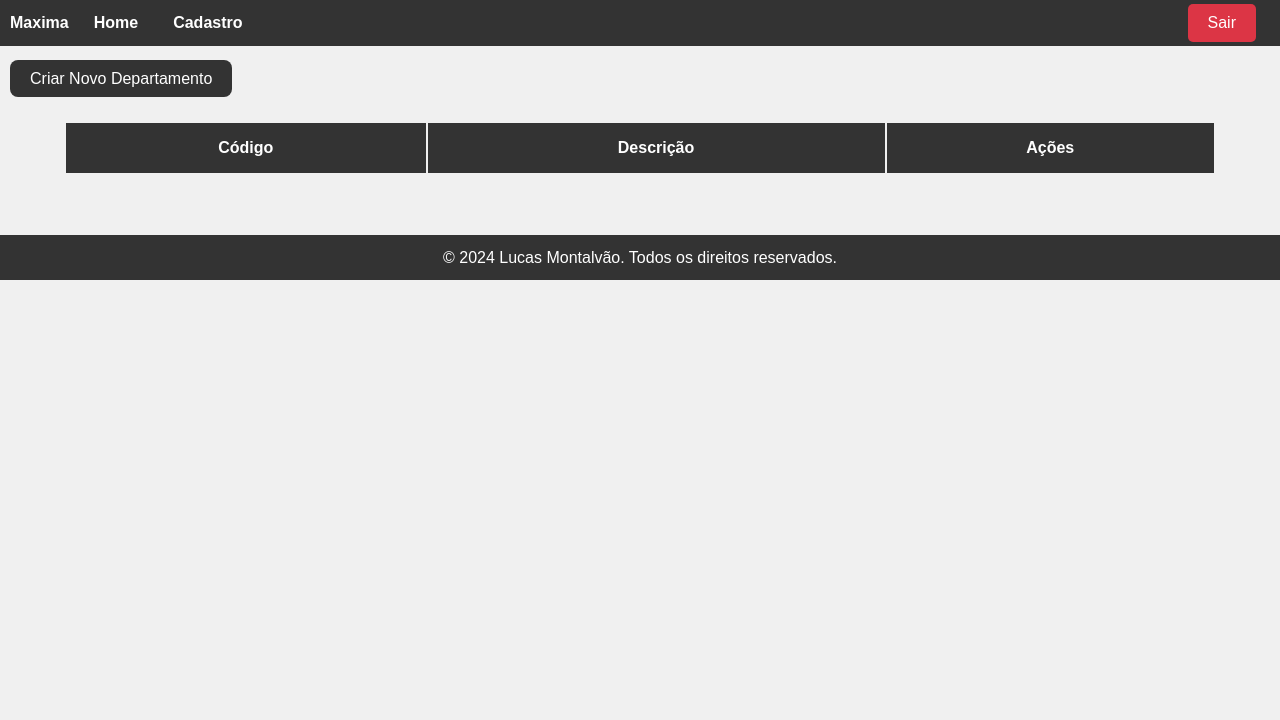
Repository: LucasMontalvao1/ProjetoMaxima
Page: /departamento (app in AngularMaxima/)
The author's editor kept a copy of each file at every save. The page is drawn from the files as they stood at one save, then again after the next save.
The browser window is 1280 px wide. The pictures show the whole page.
The page's requests for data from a server got no answer. The project was rebuilt for these pictures with package versions that can differ from the ones it lists, and the page was loaded fresh each time. No one was signed in, and anything a server would have sent is missing. Also part of the build but not shown: AngularMaxima/angular.json, AngularMaxima/src/app/pages/login/login.component.ts, AngularMaxima/src/app/pages/home/home.component.ts, AngularMaxima/src/app/pages/produto/produto.component.ts, AngularMaxima/src/app/services/produto.service.ts, AngularMaxima/src/app/pages/produto/produto-criar/produto-criar.component.ts.

Above is the page before, as saved 2024-07-14 22:17:46.

### AngularMaxima/src/index.html
<!doctype html>
<html lang="en">
<head>
  <meta charset="utf-8">
  <title>AngularMaxima</title>
  <base href="/">
  <meta name="viewport" content="width=device-width, initial-scale=1">
  <link rel="icon" type="image/x-icon" href="favicon.ico">
</head>
<body>
  <app-root></app-root>
</body>
</html>

### AngularMaxima/src/styles.css
* {
  margin: 0;
  padding: 0;
  box-sizing: border-box;
}

body {
  font-family: Arial, sans-serif;
  background-color: #f0f0f0;
  font-size: 16px;
  line-height: 1.6;
}

.container {
  display: flex;
  flex-direction: column;
  justify-content: space-between;
  min-height: 100vh;
}

### AngularMaxima/src/app/app.module.ts
import { NgModule } from '@angular/core';
import { BrowserModule } from '@angular/platform-browser';

import { AppRoutingModule } from './app-routing.module';
import { AppComponent } from './app.component';
import { LoginComponent } from './pages/login/login.component';
import { ReactiveFormsModule } from '@angular/forms';
import { HttpClientModule } from '@angular/common/http';
import { AuthService } from './services/auth.service';
import { HomeComponent } from './pages/home/home.component';
import { MenuComponent } from './layout/menu/menu.component';
import { FooterComponent } from './layout/footer/footer.component';
import { ProdutosComponent } from './pages/produto/produto.component';
import { DepartamentoComponent } from './pages/departamento/departamento.component';
import { ProdutosCriarComponent } from '../../src/app/pages/produto/produto-criar/produto-criar.component';

@NgModule({
  declarations: [
    AppComponent,
    LoginComponent,
    HomeComponent,
    MenuComponent,
    FooterComponent,
    ProdutosComponent,
    DepartamentoComponent,
    ProdutosCriarComponent,

  ],
  imports: [
    BrowserModule,
    AppRoutingModule,
    ReactiveFormsModule,
    HttpClientModule
  ],
  providers: [AuthService],
  bootstrap: [AppComponent]
})
export class AppModule { }

### AngularMaxima/src/app/app-routing.module.ts
import { NgModule } from '@angular/core';
import { RouterModule, Routes } from '@angular/router';
import { LoginComponent } from './pages/login/login.component';
import { HomeComponent } from './pages/home/home.component';
import { ProdutosComponent } from './pages/produto/produto.component';
import { DepartamentoComponent } from './pages/departamento/departamento.component';
import { ProdutosCriarComponent } from './pages/produto/produto-criar/produto-criar.component';

const routes: Routes = [
  { path: '', redirectTo: '/login', pathMatch: 'full'},
  { path: 'login', component: LoginComponent},
  { path: 'home', component: HomeComponent},
  { path: 'produto', component: ProdutosComponent},
  { path: 'produto/criar', component: ProdutosCriarComponent},
  { path: 'departamento', component: DepartamentoComponent},
];

@NgModule({
  imports: [RouterModule.forRoot(routes)],
  exports: [RouterModule]
})
export class AppRoutingModule { }

### AngularMaxima/src/app/app.component.ts
import { Component } from '@angular/core';

@Component({
  selector: 'app-root',
  templateUrl: './app.component.html',
  styleUrls: ['./app.component.css']
})
export class AppComponent {
  title = 'AngularMaxima';
}

### AngularMaxima/src/app/services/auth.service.ts
import { Injectable } from '@angular/core';
import { HttpClient } from '@angular/common/http';
import { Observable } from 'rxjs';
import { environment } from '../../../src/environments/environment';
import { Router } from '@angular/router';

@Injectable({
  providedIn: 'root'
})
export class AuthService {

  private apiUrl = environment.apiUrl;

  constructor(private http: HttpClient, private router: Router) { }

  login(username: string, password: string): Observable<any> {
    const body = { username, password };
    return this.http.post<any>(`${this.apiUrl}/login`, body, { responseType: 'text' as 'json' });
  }

    logout() {
    this.router.navigate(['/login']);
    }
}

### AngularMaxima/src/app/layout/menu/menu.component.ts
import { Component } from '@angular/core';
import { AuthService } from '../../services/auth.service';

@Component({
  selector: 'app-menu',
  templateUrl: './menu.component.html',
  styleUrls: ['./menu.component.css']
})
export class MenuComponent {

  constructor(private authService: AuthService) {}

  logout() {
    this.authService.logout();
  }
}

### AngularMaxima/src/app/pages/departamento/departamento.component.ts
import { Component, OnInit } from '@angular/core';
import { HttpClient } from '@angular/common/http';
import { Departamento } from '../../models/departamento.model';
import { DepartamentoService } from '../../services/departamento.service';

@Component({
  selector: 'app-departamento',
  templateUrl: './departamento.component.html',
  styleUrls: ['./departamento.component.css']
})
export class DepartamentoComponent implements OnInit {
  departamentos: Departamento[] = [];

  constructor(private departamentoService: DepartamentoService) { }

  ngOnInit(): void {
    this.carregarDepartamentos();
  }

  carregarDepartamentos(): void {
    this.departamentoService.getAllDepartamentos().subscribe(
      (data: Departamento[]) => {
        this.departamentos = data;
      },
      (error) => {
        console.error('Erro ao carregar departamentos:', error);
      }
    );
  }

  detalhesDepartamento(codigo: string): void {
    this.departamentoService.getDepartamentoByCodigo(codigo).subscribe(
      (departamento: Departamento) => {
        console.log('Detalhes do departamento:', departamento);
      },
      (error) => {
        console.error('Erro ao carregar detalhes do departamento:', error);
      }
    );
  }

  criarDepartamento(): void {
    const novoDepartamento: Departamento = {
      codigo: 'NovoCodigo',
      descricao: 'Nova Descrição'
    };

    this.departamentoService.createDepartamento(novoDepartamento).subscribe(
      (response: Departamento) => {
        console.log('Departamento criado com sucesso:', response);
        this.carregarDepartamentos();
      },
      (error) => {
        console.error('Erro ao criar departamento:', error);
      }
    );
  }

  editarDepartamento(codigo: string): void {
    const codigoNumerico = parseInt(codigo, 10); // Convertendo string para número

    const departamentoEditado: Departamento = {
      codigo: codigo,
      descricao: 'Descrição editada'
    };

    this.departamentoService.updateDepartamento(codigoNumerico, departamentoEditado).subscribe(
      (response: Departamento) => {
        console.log('Departamento atualizado com sucesso:', response);
        this.carregarDepartamentos();
      },
      (error) => {
        console.error('Erro ao atualizar departamento:', error);
      }
    );
  }

  excluirDepartamento(codigo: string): void {
    if (confirm('Tem certeza que deseja apagar este departamento?')) {
      const codigoNumerico = parseInt(codigo, 10); // Convertendo string para número

      this.departamentoService.deleteDepartamento(codigoNumerico).subscribe(
        () => {
          console.log('Departamento excluído com sucesso.');
          this.carregarDepartamentos();
        },
        (error) => {
          console.error('Erro ao apagar departamento:', error);
        }
      );
    }
  }

}

### AngularMaxima/src/environments/environment.ts
export const environment = {
  production: false,
  apiUrl: 'https://localhost:7041'
};

### AngularMaxima/src/app/layout/menu/menu.component.html
<div class="menu-container">
  <nav class="menu">
    <ul>
      <li>Maxima</li>
      <li><a routerLink="/home">Home</a></li>
      <li class="cadastro">
        <a>Cadastro</a>
        <div class="submenu">
          <a routerLink="/produto">Produtos</a>
          <a routerLink="/departamento">Departamentos</a>
        </div>
      </li>
    </ul>
  </nav>

  <div class="user-actions">
    <button class="logout-button" (click)="logout()">Sair</button>
  </div>
</div>

### AngularMaxima/src/app/layout/menu/menu.component.css
.menu {
  background-color: #333;
  color: white;
  padding: 10px;
  display: flex;
  justify-content: space-between;
  align-items: center;
  width: 100%;
}

.menu ul {
  list-style-type: none;
  display: flex;
}

.menu ul li {
  margin-right: 15px;
  position: relative;
  font-weight: bold;
}

.menu ul li a {
  color: white;
  text-decoration: none;
  font-weight: bold;
  padding: 10px;
  position: relative;
}

.menu ul li a:hover {
  text-decoration: underline;
}

.submenu {
  display: none;
  position: absolute;
  background-color: #333;
  padding: 10px;
  top: 100%;
  left: 0;
  z-index: 1;
  width: 200px;
}

.menu ul li.cadastro:hover .submenu {
  display: block;
}

.submenu a {
  display: block;
  color: white;
  text-decoration: none;
  padding: 8px 12px;
}

.submenu a:hover {
  background-color: #555;
}

.user-actions {
  margin-left: auto;
}

.logout-button {
  background-color: #dc3545;
  color: white;
  border: none;
  padding: 10px 20px;
  border-radius: 5px;
  cursor: pointer;
  font-size: 1rem;
  margin: 4px;
}

.logout-button:hover {
  background-color: #c82333;
}

.header {
  position: fixed;
  top: 0;
  left: 0;
  width: 100%;
  background-color: #333;
  color: white;
  padding: 10px 20px;
  display: flex;
  justify-content: space-between;
  align-items: center;
}

.menu-container {
  display: flex;
  align-items: center;
}

.user-actions {
  position: absolute;
  top: 0;
  right: 20px;
}

### AngularMaxima/src/app/layout/footer/footer.component.html
<footer class="footer">
  <p>&copy; 2024 Lucas Montalvão. Todos os direitos reservados.</p>
</footer>

### AngularMaxima/src/app/layout/footer/footer.component.css
.footer {
  background-color: #333;
  color: white;
  text-align: center;
  padding: 10px 0;
  width: 100%;

}

### AngularMaxima/src/app/pages/departamento/departamento.component.html
<app-menu></app-menu>

<div class="btn-create-espaco">
  <p>
    <a routerLink="/departamentos/create" class="btn btn-criar">Criar Novo Departamento</a>
  </p>

  <table class="table table-striped table-hover">
    <thead>
      <tr>
        <th>Código</th>
        <th>Descrição</th>
        <th>Ações</th>
      </tr>
    </thead>
    <tbody>
      <tr *ngFor="let departamento of departamentos">
        <td>{{ departamento.codigo }}</td>
        <td>{{ departamento.descricao }}</td>
        <td>
          <a routerLink="/departamentos/edit/{{ departamento.codigo }}" class="btn btn-primary">Editar</a>
          <button (click)="(departamento.codigo)" class="btn btn-danger">Apagar</button>
        </td>
      </tr>
    </tbody>
  </table>
</div>

<app-footer></app-footer>

### AngularMaxima/src/app/pages/departamento/departamento.component.css
.table {
  width: 90%;
  margin: 30px auto 60px;
}

.table th,
.table td {
  text-align: center;
  padding: 12px;
}

.table th {
  background-color: #333;
  color: white;
  font-size: 16px;
  font-weight: bold;
}

.table td {
  background-color: #f8f9fa;
}

.table .btn {
  border-radius: 8px;
  margin-right: 15px;
  padding: 10px 16px;
  cursor: pointer;
}

.table .btn-primary {
  background-color: #333;
  color: white;
}

.table .btn-primary:hover {
  background-color: #0056b3;
}

.table .btn-danger {
  background-color: #dc3545;
  color: white;
}

.table .btn-danger:hover {
  background-color: #c82333;
}

.btn-criar {
  background-color: #333;
  color: white;
  border: none;
  padding: 10px 20px;
  border-radius: 8px;
  cursor: pointer;
  text-decoration: none;
  margin: 10px;
}

.btn-criar:hover {
  background-color: #0056b3;
}

.btn-create-espaco {
  margin-top: 20px;
}

### AngularMaxima/src/app/services/departamento.service.ts
import { Injectable } from '@angular/core';
import { HttpClient } from '@angular/common/http';
import { Observable } from 'rxjs';
import { environment } from '../../environments/environment';
import { Departamento } from '../models/departamento.model';

@Injectable({
  providedIn: 'root'
})
export class DepartamentoService {

  private apiUrl = environment.apiUrl + '/departamento';

  constructor(private http: HttpClient) { }

  getAllDepartamentos(): Observable<Departamento[]> {
    return this.http.get<Departamento[]>(this.apiUrl);
  }

  getDepartamentoByCodigo(codigo: string): Observable<Departamento> {
    return this.http.get<Departamento>(`${this.apiUrl}/codigo/${codigo}`);
  }

  createDepartamento(departamento: Departamento): Observable<Departamento> {
    return this.http.post<Departamento>(this.apiUrl, departamento);
  }

  updateDepartamento(id: number, departamento: Departamento): Observable<Departamento> {
    return this.http.put<Departamento>(`${this.apiUrl}/${id}`, departamento);
  }

  deleteDepartamento(id: number): Observable<any> {
    return this.http.delete<any>(`${this.apiUrl}/${id}`);
  }
}

Loaded but not shown: AngularMaxima/src/main.ts (common file); AngularMaxima/src/app/layout/footer/footer.component.ts (common file); AngularMaxima/src/app/app.component.html (common file); AngularMaxima/src/app/app.component.css (no stored copy; drawn as an empty file)

After the next save:
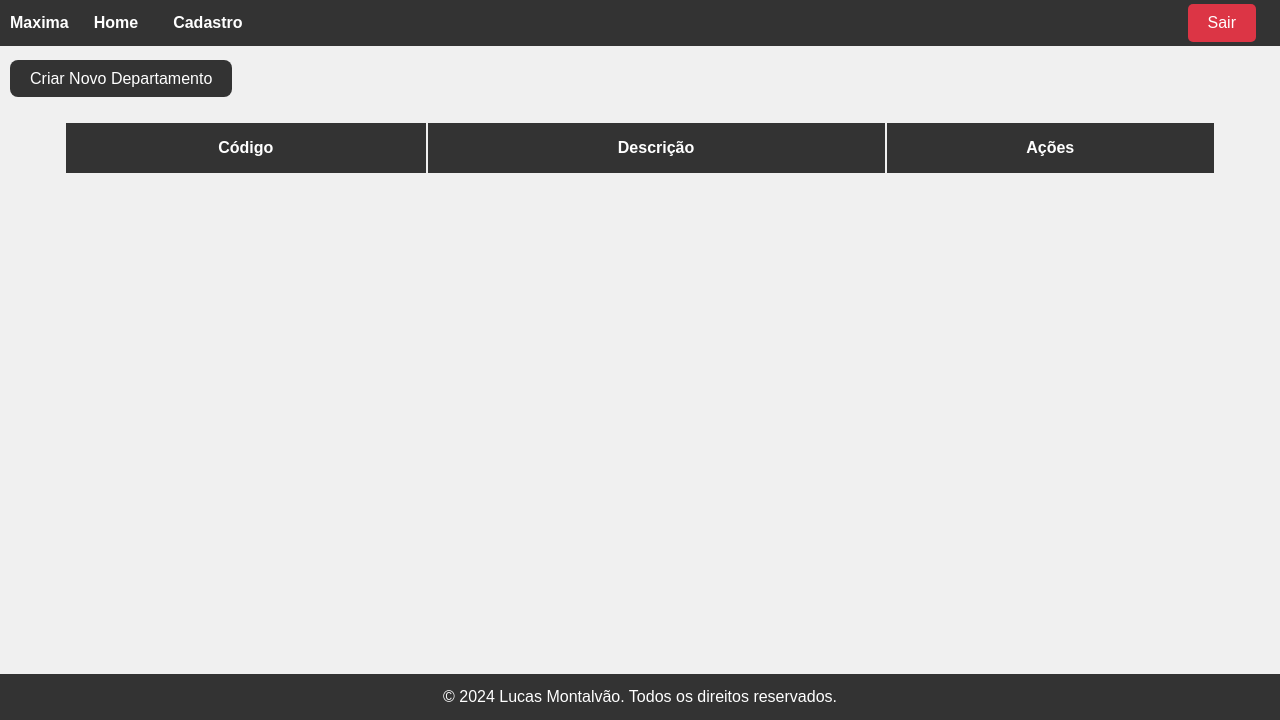
Saved 81 s later.
--- a/AngularMaxima/src/app/layout/footer/footer.component.css
+++ b/AngularMaxima/src/app/layout/footer/footer.component.css
@@ -2,7 +2,8 @@
   background-color: #333;
   color: white;
   text-align: center;
+  position: fixed;
+  bottom: 0;
+  width: 100%;
   padding: 10px 0;
-  width: 100%;
-
 }

After the save that followed:
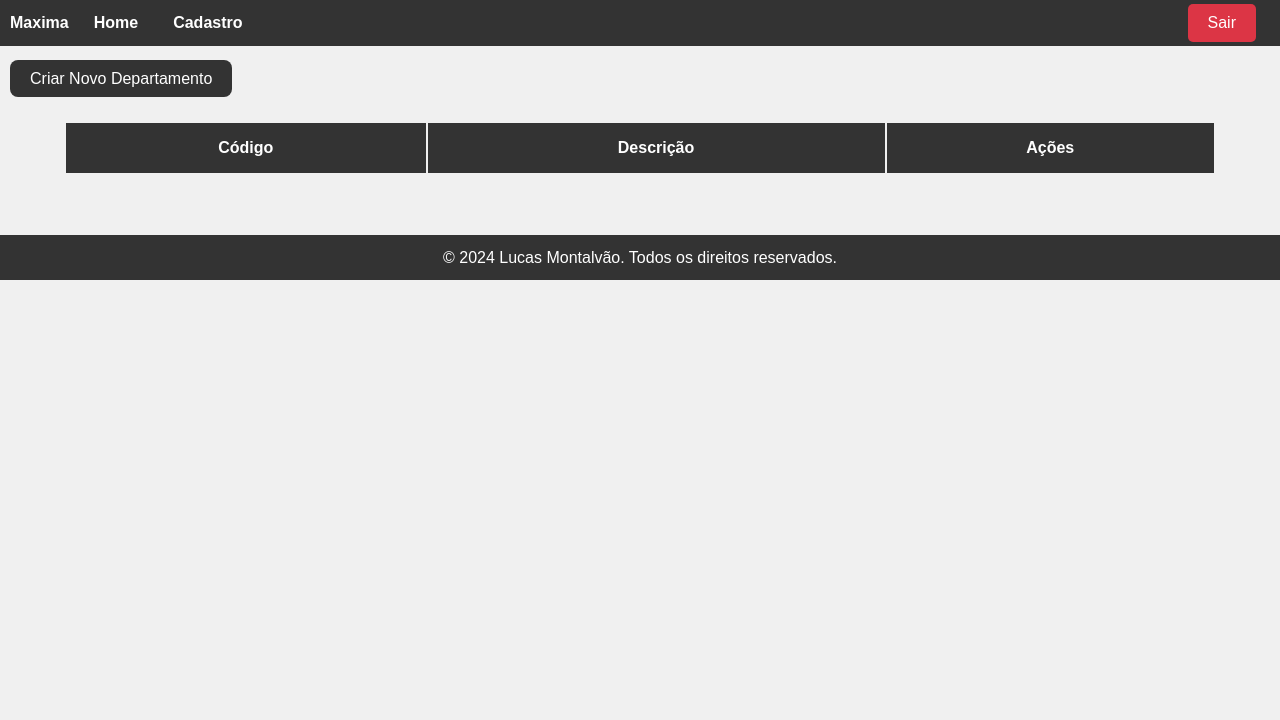
Saved 7 s later.
--- a/AngularMaxima/src/app/layout/footer/footer.component.css
+++ b/AngularMaxima/src/app/layout/footer/footer.component.css
@@ -2,7 +2,6 @@
   background-color: #333;
   color: white;
   text-align: center;
-  position: fixed;
   bottom: 0;
   width: 100%;
   padding: 10px 0;
